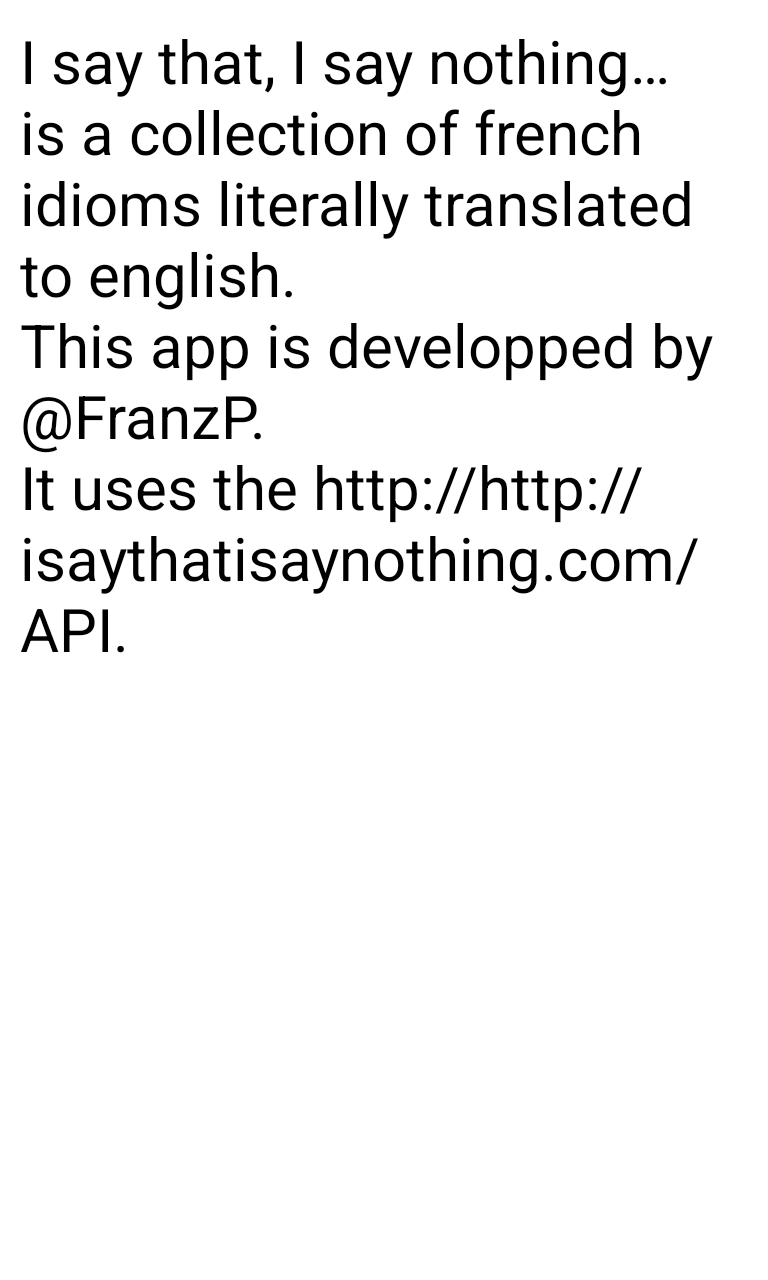
Repository: FranzPoize/ISTISN-Android
Layout: istisn/res/layout/about.xml
The author's editor kept a copy of each file at every save. The layout is drawn from the files as they stood at one save, then again after the next save.
It is drawn on a 768 x 1280 px phone screen (xhdpi) without system bars, with theme android:Theme.NoTitleBar.Fullscreen; the app's code is not run.

Above is the layout before, as saved 2012-11-27 04:34:20.

After the next save:
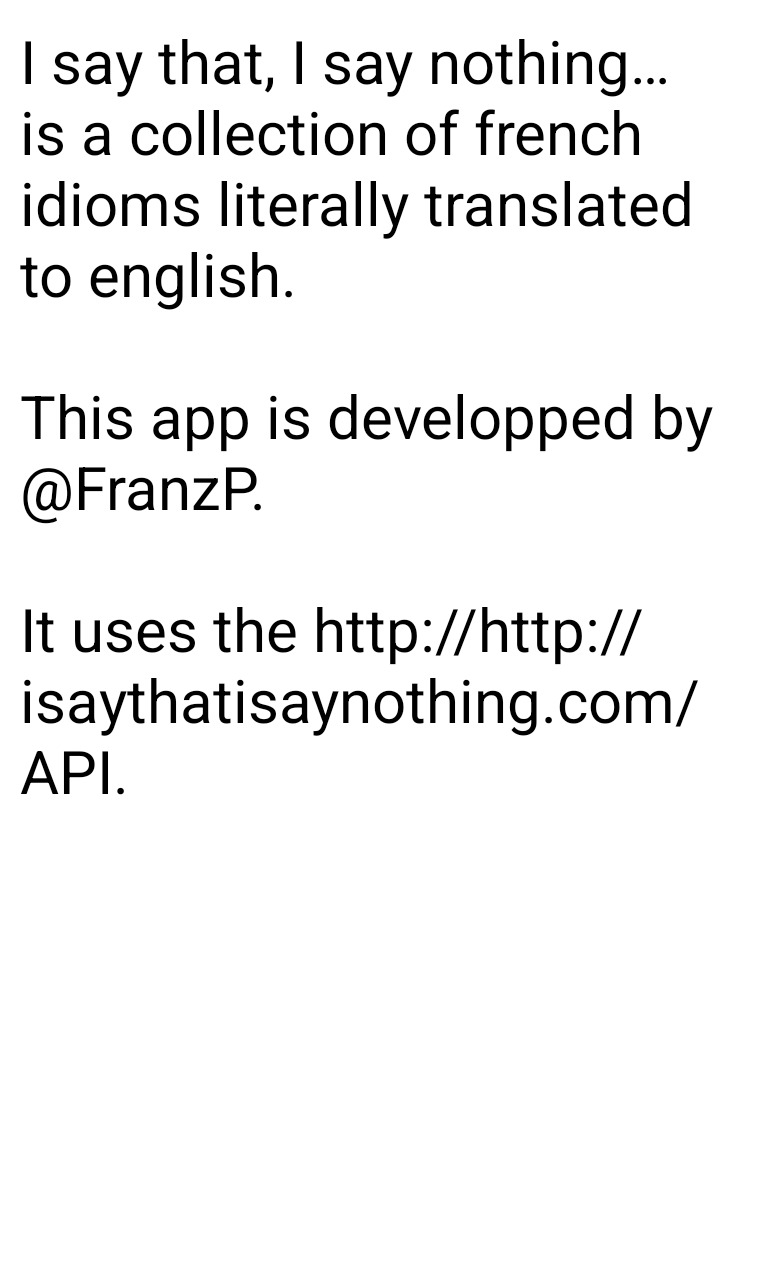
Saved 73 s later.
--- a/istisn/res/values/strings.xml
+++ b/istisn/res/values/strings.xml
@@ -4,6 +4,6 @@
     <string name="hello_world">Hello world!</string>
     <string name="menu_settings">Settings</string>
     <string name="title_activity_istisn">Istisn</string>
-    <string name="about_start">"I say that, I say nothing…" is a collection of french idioms literally translated to english.\nThis app is developped by @FranzP.\nIt uses the http://http://isaythatisaynothing.com/ API.</string>
+    <string name="about_start">I say that, I say nothing…" is a collection of french idioms literally translated to english.\n\nThis app is developped by @FranzP.\n\nIt uses the http://http://isaythatisaynothing.com/ API.</string>
 
 </resources>
